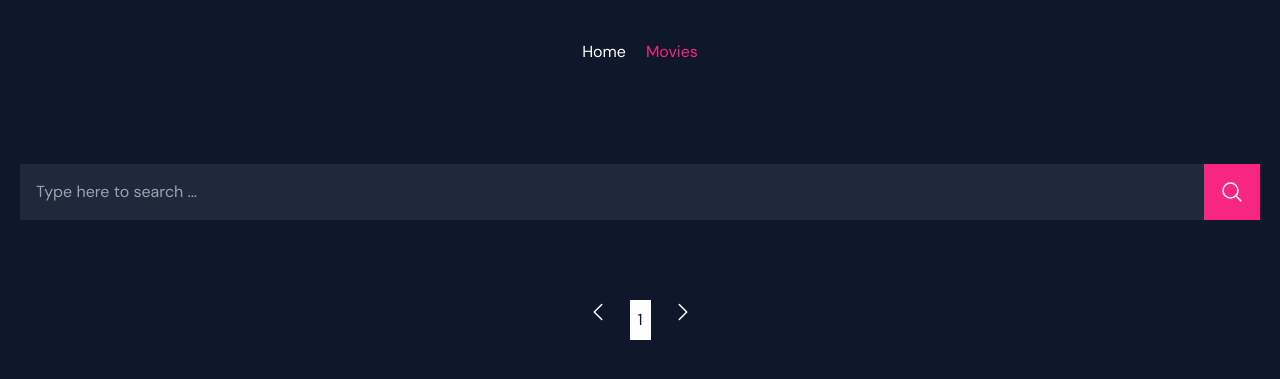
Repository: phamthiendong/project
Page: /movies
An editor plug-in stored every save of this project. The page is shown before and after the next save, followed by the edit.
The browser window is 1280 px wide. The pictures show the whole page.
The page's requests for data from a server got no answer. The project was rebuilt for these pictures with package versions that can differ from the ones it lists, and the page was loaded fresh each time. No one was signed in, and anything a server would have sent is missing. Also part of the build but not shown: vite.config.js, src/components/movie/MovieCard.jsx, src/components/movie/MovieList.jsx, src/pages/Homepage.jsx, src/components/banner/Banner.jsx, src/pages/MovieDetaills.jsx.

Above is the page before, as saved 2025-03-24 15:40:08.

After the next save:
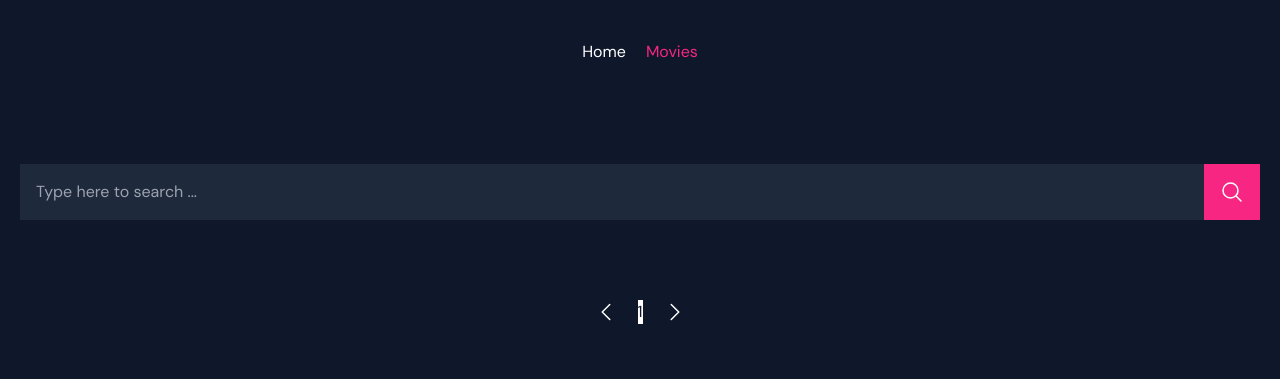
Saved 6 s later.
--- a/src/pages/MoviePage.jsx
+++ b/src/pages/MoviePage.jsx
@@ -85,7 +85,7 @@ const MoviePage = () => {
             />
           </svg>
         </span>
-        <span className="cursor-pointer inline-block p-2 bg-white text-slate-900">
+        <span className="cursor-pointer inline-block  bg-white text-slate-900">
           1
         </span>
         <span>
